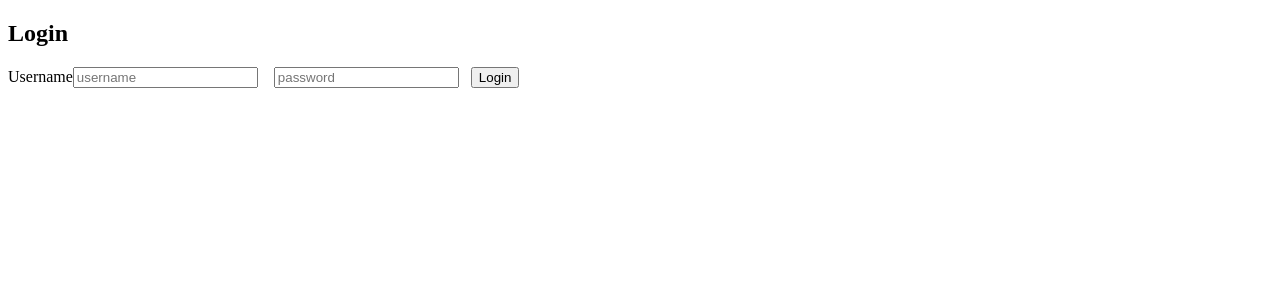
Repository: kkale14/My_allpr
Page: Kalyani1/src/main/webapp/Logintab.html
An editor plug-in stored every save of this project. The page is shown before and after the next save, followed by the edit.
The browser window is 1280 px wide. The pictures show the whole page.

Above is the page before, as saved 2025-03-04 06:51:28.

### Kalyani1/src/main/webapp/Logintab.html
<!DOCTYPE html>
<html>
<head>
<meta charset="UTF-8">
<title>Login</title>
</head>
<body>

<div >
        <h2>Login</h2>

        <form action="Loginandregdao" method="service">
            <!-- User Type Selection (Student or Admin)
            <div >
                <label >Login as:</label>
                <select  name="role" class="input-field">
                    <option value="STUDENT">Student</option>
                    <option value="ADMIN">Admin</option>
                </select>
            </div>
-->
            <!-- Username and Password -->
            <label>Username</label><input type="text"  name="username"  placeholder="username" required>&nbsp;&nbsp;&nbsp;
            <input type="password"  name="password"  placeholder="password" required>&nbsp;&nbsp;

            <!-- Login Button -->
            <button type="submit" >Login</button>

        </form>
    </div>

</body>
</html>

After the next save:
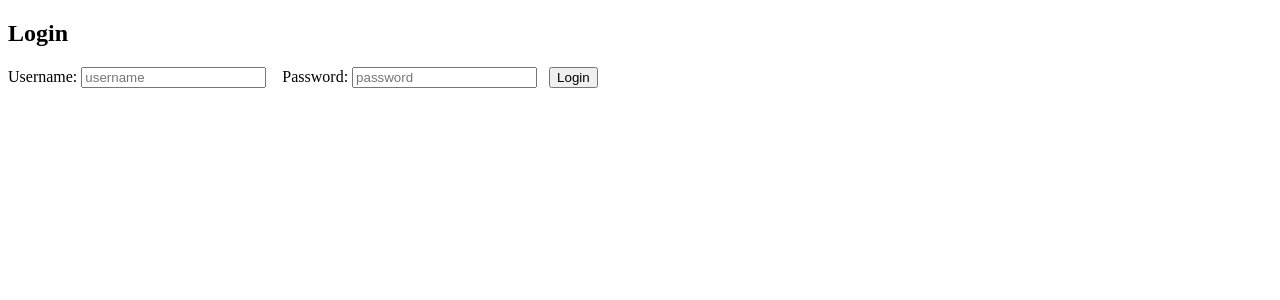
Saved 31 s later.
--- a/Kalyani1/src/main/webapp/Logintab.html
+++ b/Kalyani1/src/main/webapp/Logintab.html
@@ -20,8 +20,8 @@
             </div>
 -->
             <!-- Username and Password -->
-            <label>Username</label><input type="text"  name="username"  placeholder="username" required>&nbsp;&nbsp;&nbsp;
-            <input type="password"  name="password"  placeholder="password" required>&nbsp;&nbsp;
+            <label>Username:</label>&nbsp;<input type="text"  name="username"  placeholder="username" required>&nbsp;&nbsp;&nbsp;
+            <label>Password:</label>&nbsp;<input type="password"  name="password"  placeholder="password" required>&nbsp;&nbsp;
 
             <!-- Login Button -->
             <button type="submit" >Login</button>
